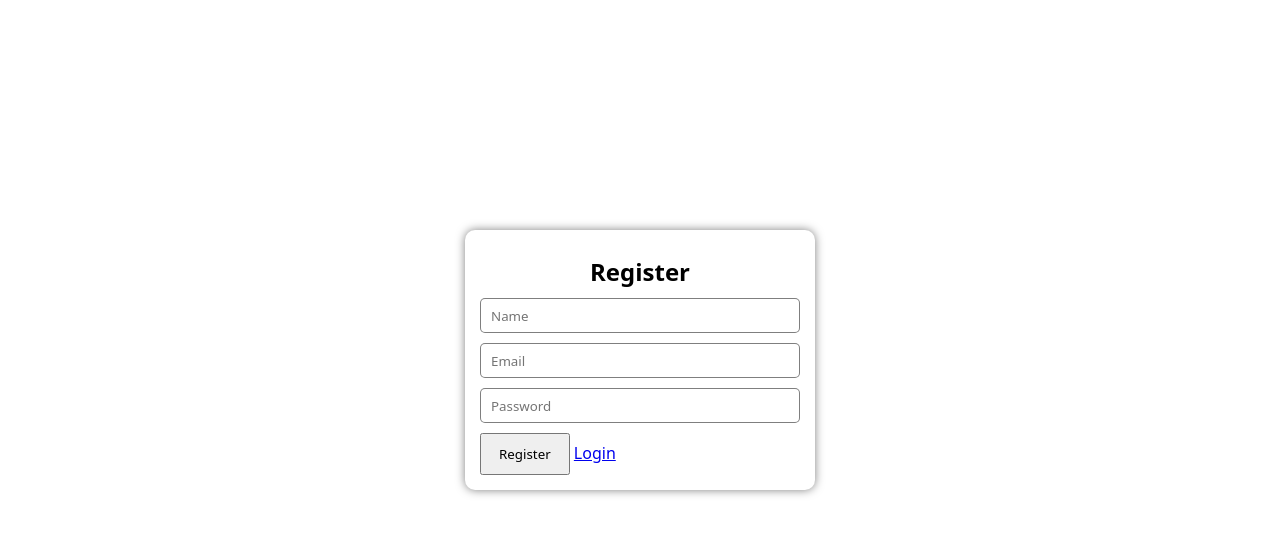
Repository: SanjaySokal/learn-java
Page: http://localhost/ServletProject/register.jsp
The author's editor kept a copy of each file at every save. The page is drawn from the files as they stood at one save, then again after the next save.
The browser window is 1280 px wide. The pictures show the whole page.
The page is served by Tomcat 9.

Above is the page before, as saved 2023-09-09 03:14:59.

After the next save:
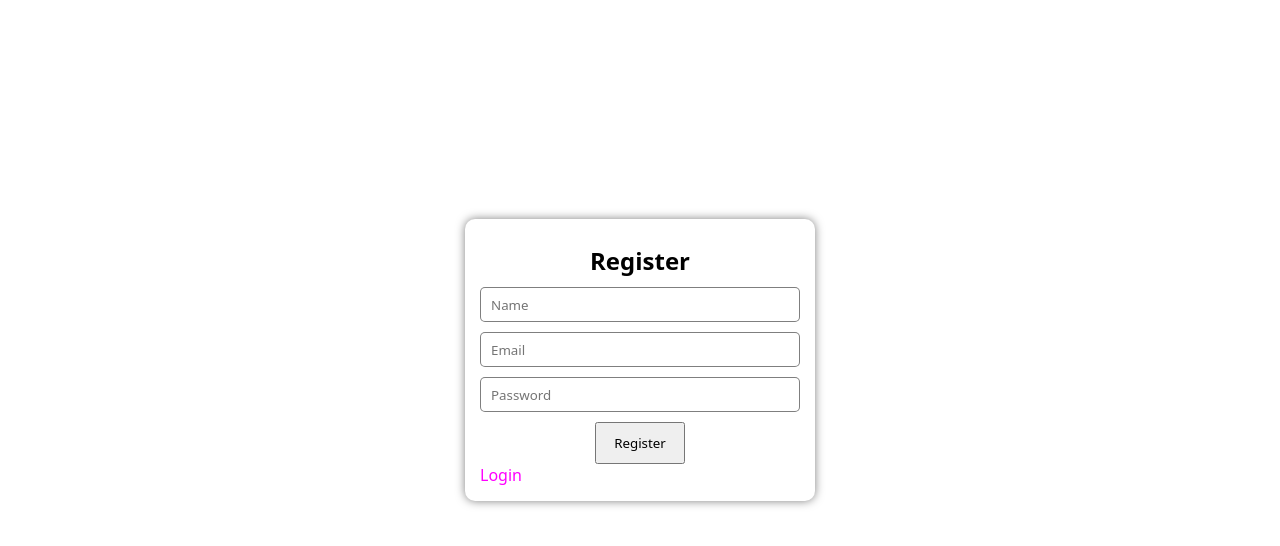
Saved 118 s later.
--- a/ServletProject/src/main/webapp/style.css
+++ b/ServletProject/src/main/webapp/style.css
@@ -38,6 +38,11 @@
 form button {
 	padding: 10px 17px;
 	cursor: pointer;
-	display: inline-block;
+	display: block;
 	margin: 0px auto;
 }
+
+form a {
+	text-decoration: none;
+	color: #ff00ff;
+}
